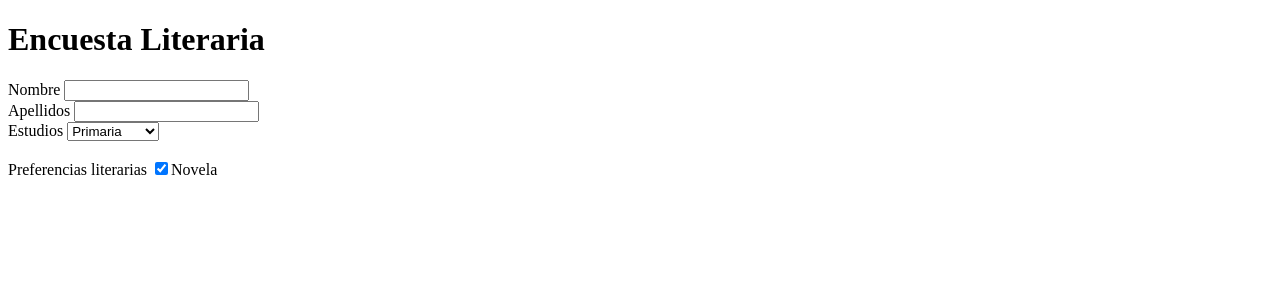
Repository: cgg25/javaee
Page: Enucesta/WebContent/index.html
The author's editor kept a copy of each file at every save. The page is drawn from the files as they stood at one save, then again after the next save.
The browser window is 1280 px wide. The pictures show the whole page.

Above is the page before, as saved 2017-02-16 17:49:41.

### Enucesta/WebContent/index.html
<!DOCTYPE html>
<html>
<head>
<meta charset="UTF-8">
<title>Encuesta</title>
</head>
<body>
	<h1>Encuesta Literaria</h1>
	<form action="/Encuesta/mostrar">
		<label>Nombre</label>
		<input type="text" name="nombre"><br>
		<label>Apellidos</label>
		<input type="text" name="apellidos"><br>
		<label>Estudios</label>
		<select name="estudios">
			<option>Primaria</option>
			<option>Secundaria</option>
			<option>Bachillerato</option>
		</select>
		<br><br>
		<label>Preferencias literarias</label>
		<input type="checkbox" name="preferencias" value="Novela" checked>Novela<br>



	</form>
</body>
</html>

After the next save:
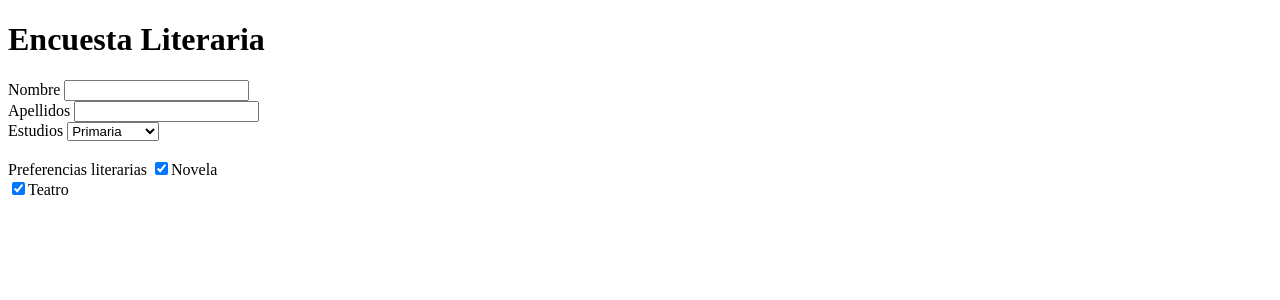
Saved 20 s later.
--- a/Enucesta/WebContent/index.html
+++ b/Enucesta/WebContent/index.html
@@ -20,7 +20,7 @@
 		<br><br>
 		<label>Preferencias literarias</label>
 		<input type="checkbox" name="preferencias" value="Novela" checked>Novela<br>
-
+		<input type="checkbox" name="preferencias" value="Teatro" checked>Teatro<br>
 
 
 	</form>
